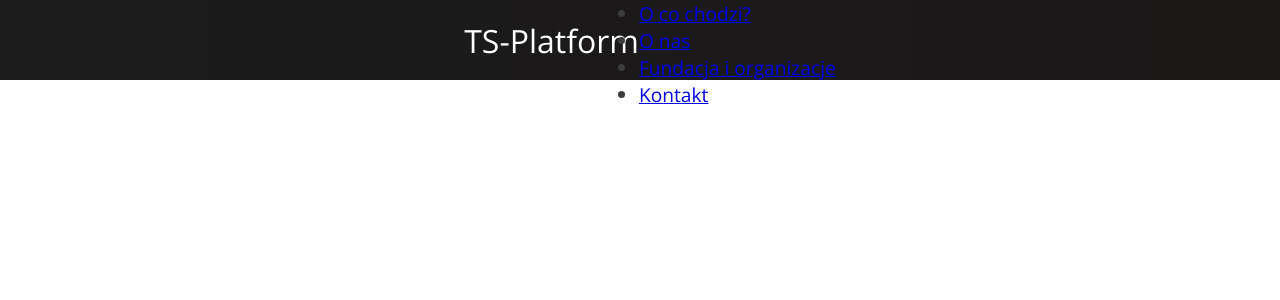
Repository: artwol993/Oddam_w_dobre_rece
Page: /
The author's editor kept a copy of each file at every save. The page is drawn from the files as they stood at one save, then again after the next save.
The browser window is 1280 px wide. The pictures show the whole page.
The project was rebuilt for these pictures with package versions that can differ from the ones it lists, and the page was loaded fresh each time.

Above is the page before, as saved 2020-12-06 18:08:59.

### public/index.html
<!DOCTYPE html>
<html lang="en">

<head>
  <meta charset="utf-8" />
  <link rel="icon" href="%PUBLIC_URL%/favicon.ico" />
  <meta name="viewport" content="width=device-width, initial-scale=1" />
  <meta name="theme-color" content="#000000" />
  <meta name="description" content="Web site created using create-react-app" />
  <link rel="preconnect" href="https://fonts.gstatic.com">
  <link href="https://fonts.googleapis.com/css2?family=Merriweather:wght@300;400;700;900&display=swap" rel="stylesheet">
  <link rel="preconnect" href="https://fonts.gstatic.com">
  <link href="https://fonts.googleapis.com/css2?family=Open+Sans:wght@300;400;600;700;800&display=swap"
    rel="stylesheet">
  <link rel="apple-touch-icon" href="%PUBLIC_URL%/logo192.png" />
  <!--
      manifest.json provides metadata used when your web app is installed on a
      user's mobile device or desktop. See https://developers.google.com/web/fundamentals/web-app-manifest/
    -->
  <link rel="manifest" href="%PUBLIC_URL%/manifest.json" />
  <!--
      Notice the use of %PUBLIC_URL% in the tags above.
      It will be replaced with the URL of the `public` folder during the build.
      Only files inside the `public` folder can be referenced from the HTML.

      Unlike "/favicon.ico" or "favicon.ico", "%PUBLIC_URL%/favicon.ico" will
      work correctly both with client-side routing and a non-root public URL.
      Learn how to configure a non-root public URL by running `npm run build`.
    -->
  <title>React App</title>
</head>

<body>
  <noscript>You need to enable JavaScript to run this app.</noscript>
  <div id="root"></div>
  <!--
      This HTML file is a template.
      If you open it directly in the browser, you will see an empty page.

      You can add webfonts, meta tags, or analytics to this file.
      The build step will place the bundled scripts into the <body> tag.

      To begin the development, run `npm start` or `yarn start`.
      To create a production bundle, use `npm run build` or `yarn build`.
    -->
</body>

</html>

### src/index.js
import React from 'react';
import ReactDOM from 'react-dom';
import App from './App';
import "./scss/main.scss"

ReactDOM.render(
  <React.StrictMode>
    <App />
  </React.StrictMode>,
  document.getElementById('root')
);

### src/App.js
import React from 'react';
import { BrowserRouter as Router, Switch, Route } from 'react-router-dom';
import './scss/main.scss';
import Navbar from './components/Navbar';
import Home from './components/pages/Home/Home';


function App() {
  return (
    <div className="body">
      <>
        <Router>
          <Navbar />
          <Switch>
            <Route path='/' exact component={Home} />

          </Switch>
        </Router>
      </>
    </div>
  );
}

export default App;

### src/scss/main.scss

//settings
@import "./settings/reset";
@import "./settings/colors";
@import "./settings/fonts";

//components
@import "./navbar";

.body {
    font-family: $font-base;
    color: $c-font1;
}

### src/components/Navbar.js
import React, { useState } from 'react';
import { Link } from 'react-router-dom';
import '../scss/navbar.scss'

function Navbar() {
    const [click, setClick] = useState(false);

    const handleClick = () => setClick(!click);
    const closeMobileMenu = () => setClick(false);

    return (
        <>
            <nav className='navbar'>
                <div className='navbar-container'>
                    <Link to='/' className='navbar-logo' onClick={closeMobileMenu}>
                        <i className="fas fa-truck"></i>
                    TS-Platform
                </Link>

                    <div className='menu-icon' onClick={handleClick}>
                        <i className={click ? 'fas fa-times' : 'fas fa-bars'} />
                    </div>

                    <ul className={click ? "nav_menu active" : "nav_menu"}>

                        <li className='nav_item'>
                            <Link to='/' className='nav_link' onClick={closeMobileMenu}>Start</Link>
                        </li>
                        <li className='nav_item'>
                            <Link to='/' className='nav_link' onClick={closeMobileMenu}>O co chodzi?</Link>
                        </li>
                        <li className='nav_item'>
                            <Link to='/' className='nav_link' onClick={closeMobileMenu}>O nas</Link>
                        </li>
                        <li className='nav_item'>
                            <Link to='/' className='nav_link' onClick={closeMobileMenu}>Fundacja i organizacje</Link>
                        </li>
                        <li className='nav_item'>
                            <Link to='/' className='nav_link' onClick={closeMobileMenu}>Kontakt</Link>
                        </li>
                    </ul>

                </div>
            </nav>
        </>

    );
}

export default Navbar

### src/components/pages/Home/Home.js
import React from 'react';


function Home() {
    return (
        <>


        </>
    )
}

export default Home

### src/scss/settings/_colors.scss
//main
$c-white: #ffff;
$c-black: #0000;

//background
$c-bg1: #f0f1f1;
$c-bg2: #fad648;

//fonts
$c-font1: #3c3c3c;
$c-fnt2: #737373;

//details
$c-divider: #1a1818;
$c-details: #5e5322;

### src/scss/settings/_fonts.scss
//styles
$font-base: "Open Sans", sans-serif;
$font-alt: "Merriweather", serif;

//weight
$fw-light: 300;
$fw-reg: 400;
$fw-sbold: 600;
$fw-bold: 700;
$fw-black: 900;

### src/scss/navbar.scss
.navbar {
    background: linear-gradient(90deg, rgb(28, 27, 27) 0%, rgb(26, 23, 23) 100%);
    height: 80px;
    display: flex;
    justify-content: center;
    align-items: center;
    font-size: 1.2rem;
    position: sticky;
    top: 0;
    z-index: 999;
}

.navbar-container {
    display: flex;
    justify-content: center;
    align-items: center;
    height: 80px;
    max-width: 1500px;
}

.navbar-logo {
    color: #fff;
    justify-self: start;
    margin-left: 20px;
    cursor: pointer;
    text-decoration: none;
    font-size: 2rem;
    display: flex;
    align-items: center;
}

.fa-typo3 {
    margin-left: 0.5rem;
    font-size: 1.8rem;
}

.nav-menu {
    display: grid;
    grid-template-columns: repeat(4, auto);
    grid-gap: 10px;
    list-style: none;
    text-align: center;
    width: 60vw;
    justify-content: end;
    margin-right: 2rem;
}

.nav-item {
    height: 80px;
}

.nav-links {
    color: #fff;
    display: flex;
    align-items: center;
    text-decoration: none;
    padding: 0.5rem 1rem;
    height: 100%;
}

.nav-links:hover {
    border-bottom: 4px solid #fff;
    transition: all 0.2s ease-out;
}

.fa-bars {
    color: #fff;
}

.nav-links-mobile {
    display: none;
}

.menu-icon {
    display: none;
}

@media screen and (max-width: 960px) {
    .NavbarItems {
        position: relative;
    }

    .nav-menu {
        display: flex;
        flex-direction: column;
        width: 100%;
        height: 90vh;
        position: absolute;
        top: 80px;
        left: -100%;
        opacity: 1;
        transition: all 0.5s ease;
    }

    .nav-menu.active {
        background: #242222;
        left: 0;
        opacity: 1;
        transition: all 0.5s ease;
        z-index: 1;
    }

    .nav-links {
        text-align: center;
        padding: 2rem;
        width: 100%;
        display: table;
    }

    .nav-links:hover {
        background-color: #fff;
        color: #242424;
        border-radius: 0;
    }

    .navbar-logo {
        position: absolute;
        top: 0;
        left: 0;
        transform: translate(25%, 50%);
    }

    .menu-icon {
        display: block;
        position: absolute;
        top: 0;
        right: 0;
        transform: translate(-100%, 60%);
        font-size: 1.8rem;
        background-color: #fff;
        color: #242424;
        border-radius: 0;
    }

    .fa-times {
        color: #fff;
        font-size: 2rem;
    }

    .nav-links-mobile {
        display: block;
        text-align: center;
        margin: 2rem auto;
        border-radius: 4px;
        width: 80%;
        text-decoration: none;
        font-size: 1.5rem;
        background-color: transparent;
        color: #fff;
        padding: 14px 20px;
        border: 1px solid #fff;
        transition: all 0.3s ease-out;
    }

    .nav-links-mobile:hover {
        background: #fff;
        color: #242424;
        transition: 250ms;
    }
}

Loaded but not shown: src/scss/settings/reset.scss (common file)

After the next save:
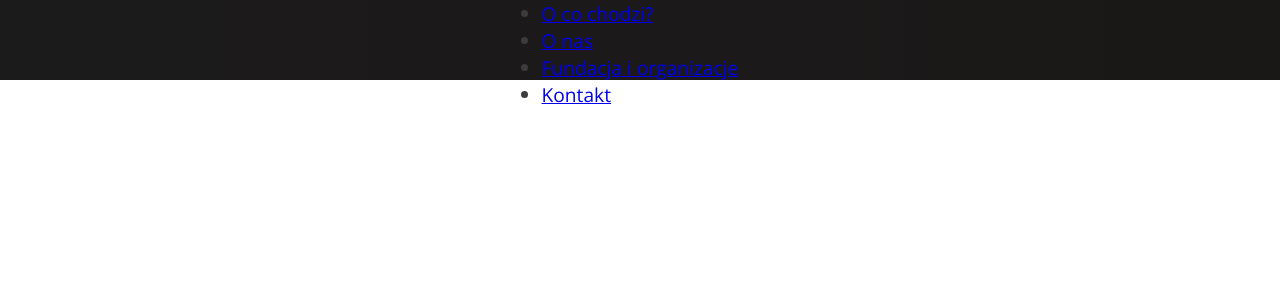
Saved 2 min 35 s later.
--- a/src/components/Navbar.js
+++ b/src/components/Navbar.js
@@ -12,10 +12,7 @@ function Navbar() {
         <>
             <nav className='navbar'>
                 <div className='navbar-container'>
-                    <Link to='/' className='navbar-logo' onClick={closeMobileMenu}>
-                        <i className="fas fa-truck"></i>
-                    TS-Platform
-                </Link>
+
 
                     <div className='menu-icon' onClick={handleClick}>
                         <i className={click ? 'fas fa-times' : 'fas fa-bars'} />
